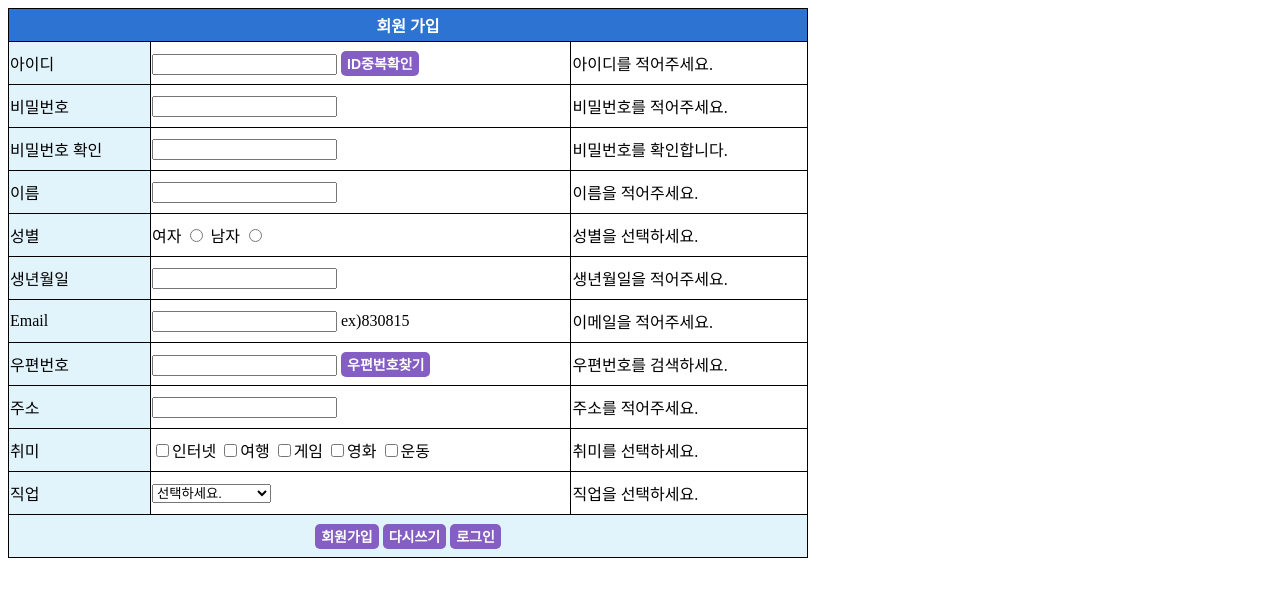
Repository: JeongminHW/Web_study
Page: HTML/myHTML/src/main/webapp/ch07/member.html
The author's editor kept a copy of each file at every save. The page is drawn from the files as they stood at one save, then again after the next save.
The browser window is 1280 px wide. The pictures show the whole page.

Above is the page before, as saved 2024-07-10 07:50:20.

After the next save:
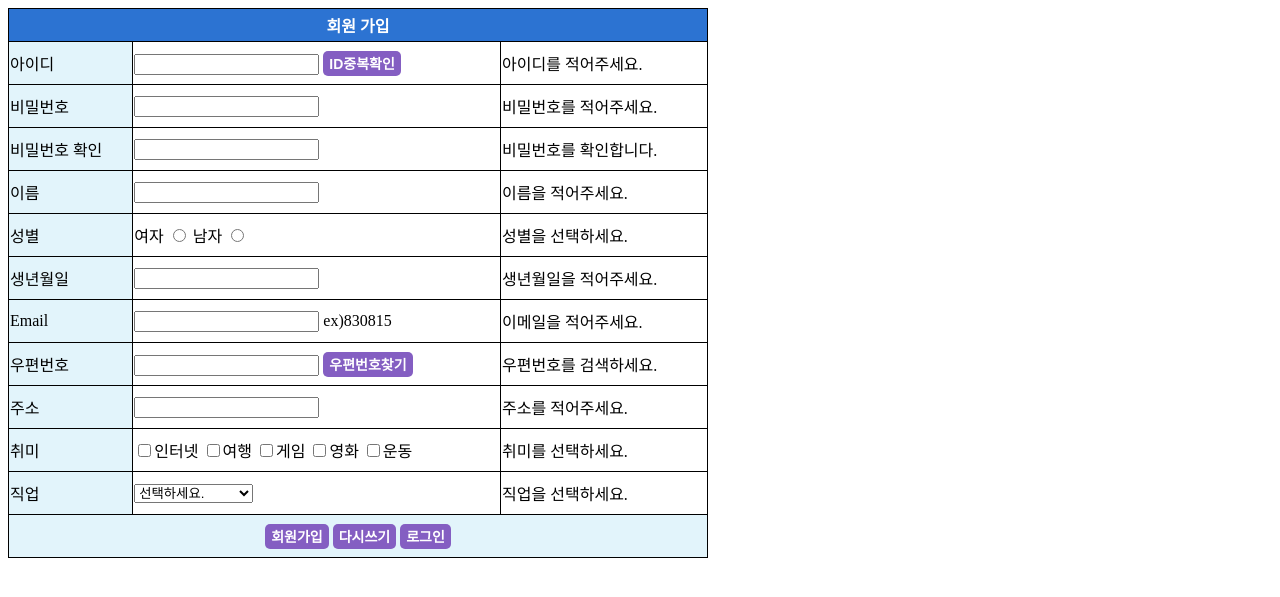
Saved 13 s later.
--- a/HTML/myHTML/src/main/webapp/ch07/mycss2.css
+++ b/HTML/myHTML/src/main/webapp/ch07/mycss2.css
@@ -4,7 +4,7 @@ table{
 border: 1px solid #000;
 border-collapse: separate;
 border-spacing: 0;
-width: 800px;
+width: 700px;
 }
 
 td{
